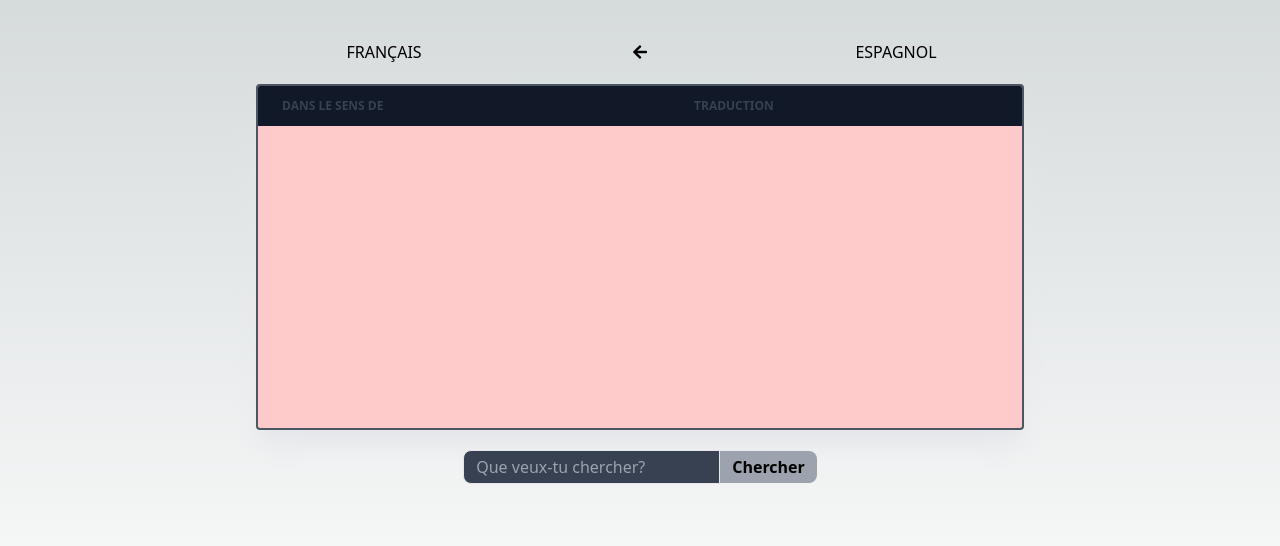
Repository: All-Khwarizmi/Dico
Page: /
These files come from the project's save history. The page is drawn as it stood at one moment and after the next save; the edit follows.
The browser window is 1280 px wide. The pictures show the whole page.
The project was rebuilt for these pictures with package versions that can differ from the ones it lists, and the page was loaded fresh each time. The framework's server and built-in components were replaced by stand-ins that run in the browser. Also part of the build but not shown: next.config.js, vite.config.ts.

Above is the page before, as saved 2023-02-17 18:33:12.

After the next save:
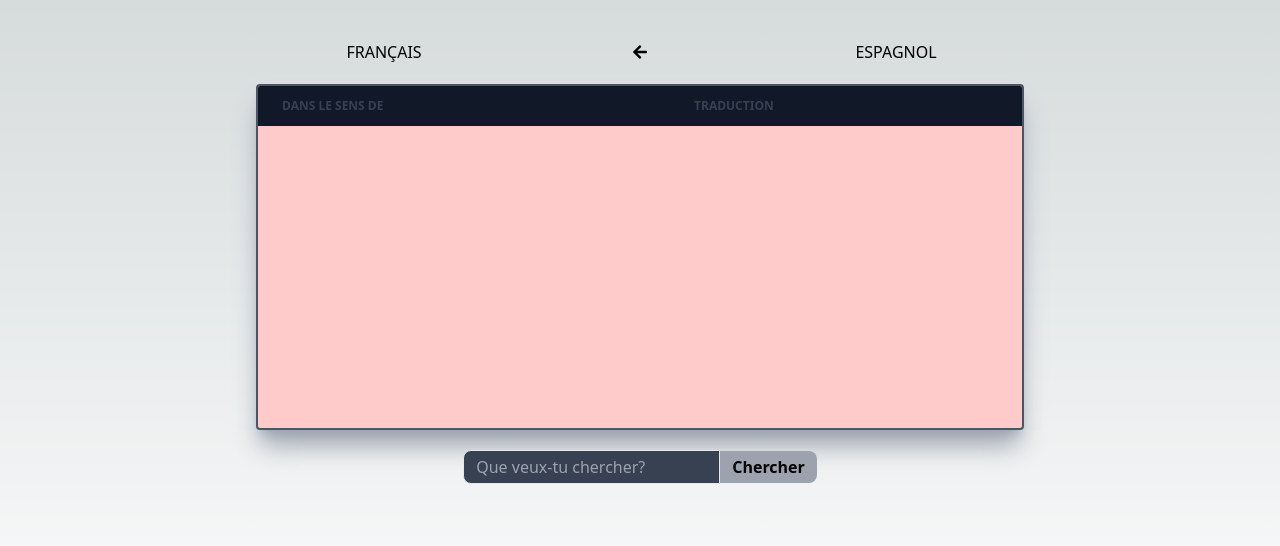
Saved 7 s later.
--- a/src/app/page.tsx
+++ b/src/app/page.tsx
@@ -108,7 +108,7 @@ export default function Home() {
         )}
       </div>
       <div className='flex h-[80%] flex-col  items-center gap-5'>
-        <div className=' h-[60%] max-h-[80%] w-[60%] overflow-scroll rounded border-2 border-solid border-gray-600 shadow-xl shadow-gray-200 bg-red-200'>
+        <div className=' h-[60%] max-h-[80%] w-[60%] overflow-scroll rounded border-2 border-solid border-gray-600 shadow-xl shadow-gray-400 bg-red-200'>
           <div className='text-black '>
             <div className=''>
               <table className='  relative w-full text-left text-sm text-gray-500 dark:text-gray-400'>
